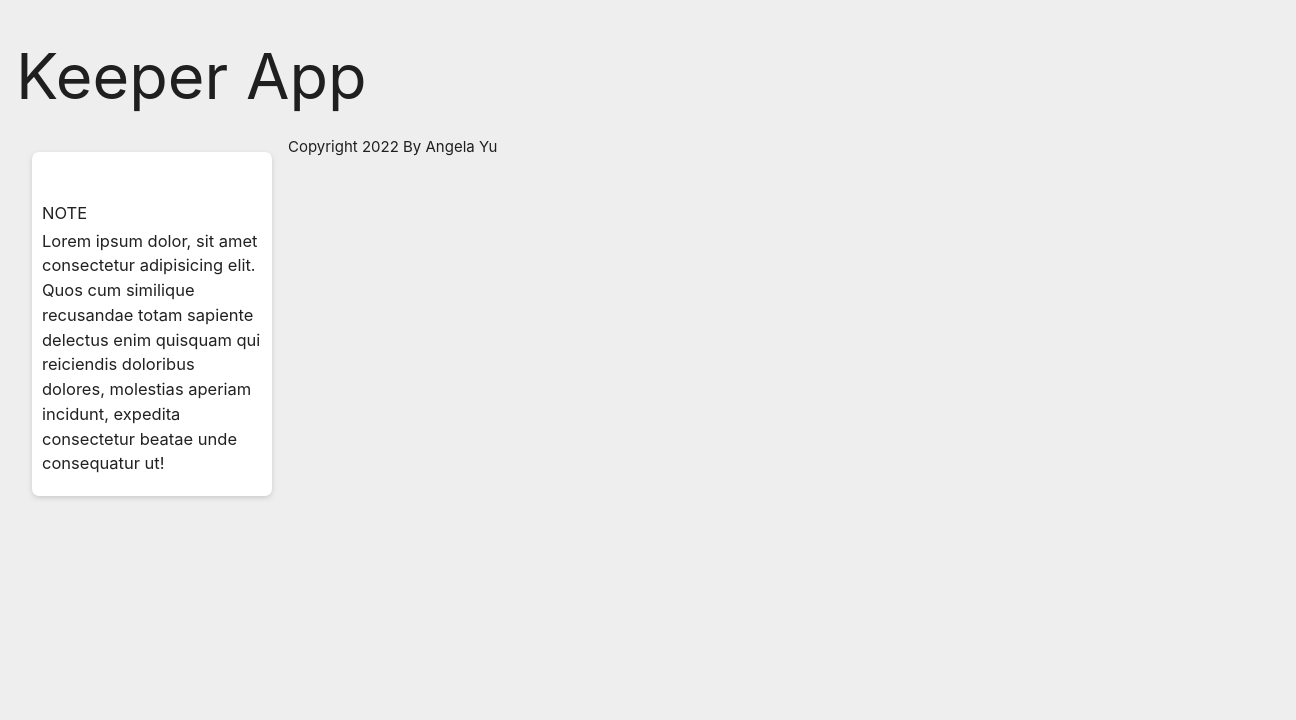
Repository: DESTINYAS/keeper-app
Page: /
These files come from the project's save history. The page is drawn as it stood at one moment and after the next save; the edit follows.
The browser window is 1280 px wide. The page is 1280 px wide, then 1296 px, so the pictures cover 1296 px, including what lies to the right of the window. The pictures show the whole page.
The project was rebuilt for these pictures with package versions that can differ from the ones it lists, and the page was loaded fresh each time.

Above is the page before, as saved 2022-12-07 21:14:11.

After the next save:
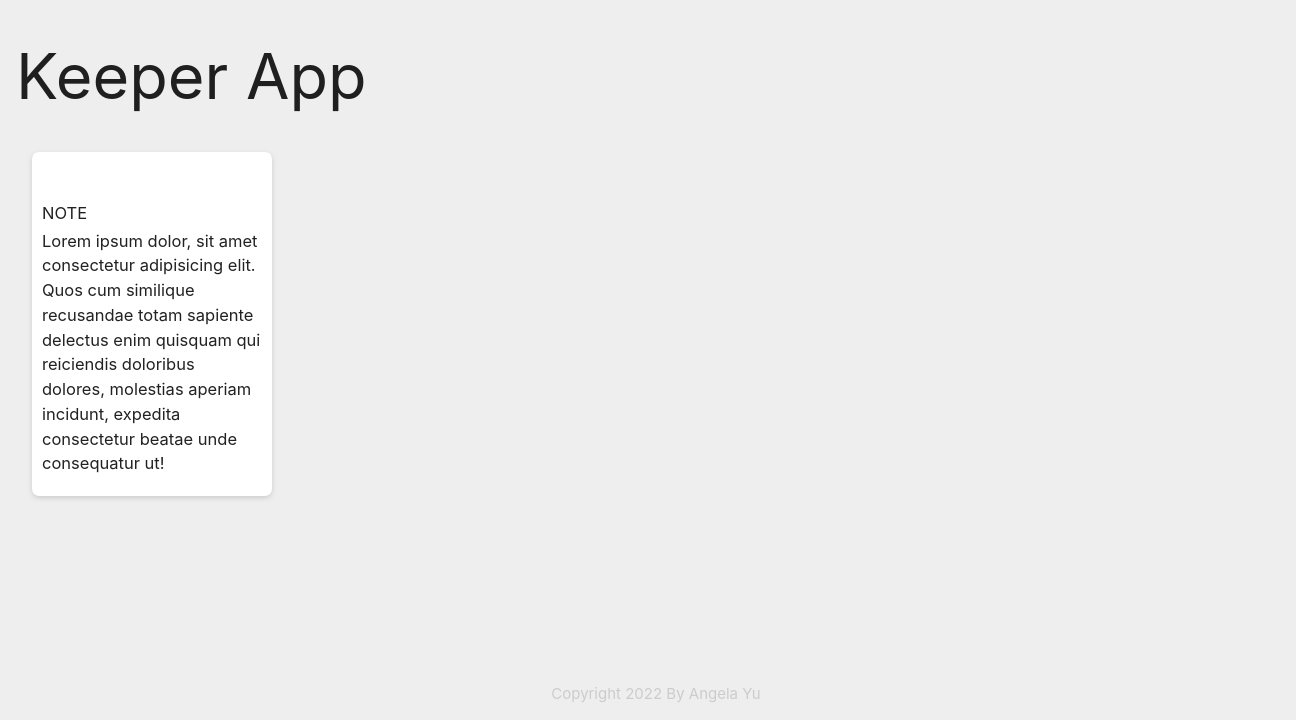
Saved 4 min 58 s later.
--- a/src/components/Footer.js
+++ b/src/components/Footer.js
@@ -2,9 +2,11 @@ const date = new Date().getFullYear();
 
 const Footer = () => {
   return (
-    <div className="footer">
-      <p>Copyright {date} By Angela Yu</p>
-    </div>
+    <footer>
+      <div className="footer">
+        <p>Copyright {date} By Angela Yu</p>
+      </div>
+    </footer>
   );
 };
 
